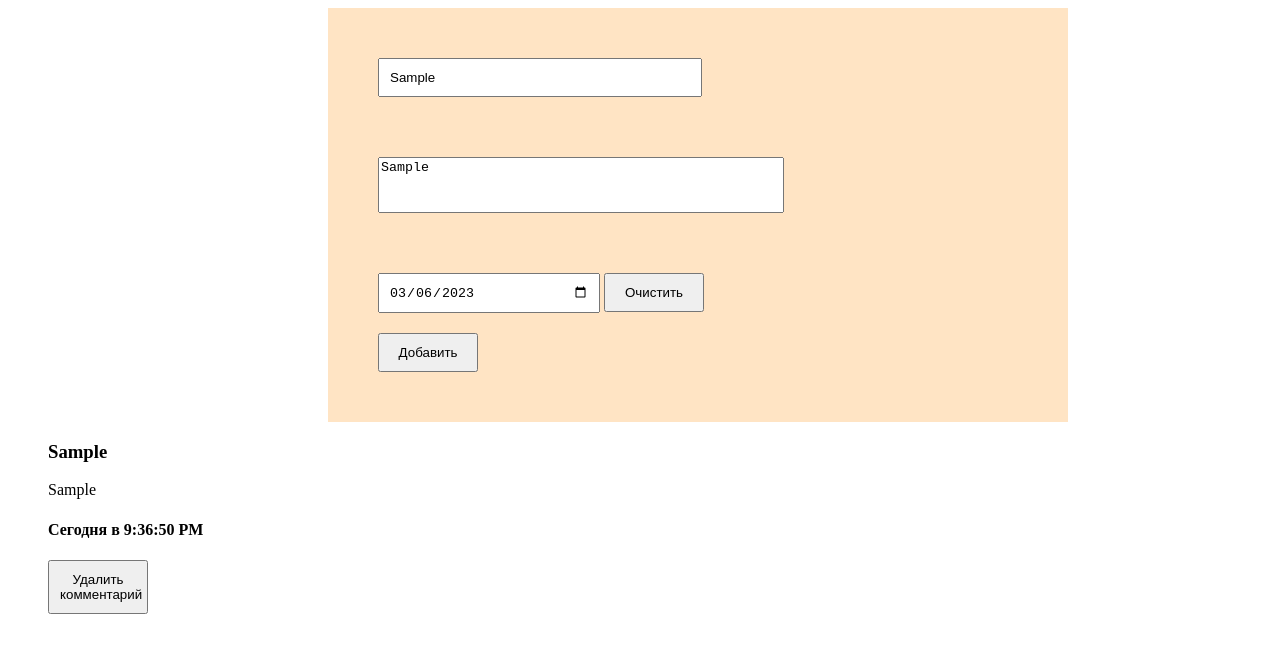
Repository: Grid-Master/commentList
Page: index.html
These files come from the project's save history. The page is drawn as it stood at one moment and after the next save; the edit follows.
The browser window is 1280 px wide. The pictures show the whole page.
Empty fields were first filled with sample values (such as "Sample", 5 or name@example.com).
After loading, the first visible `form` was submitted once.

Above is the page before, as saved 2023-03-12 20:39:41.

### index.html
<!DOCTYPE html>
<html lang="en">
  <head>
    <meta charset="UTF-8" />
    <meta http-equiv="X-UA-Compatible" content="IE=edge" />
    <meta name="viewport" content="width=device-width, initial-scale=1.0" />
    <title>Comments</title>
    <style>
      form {
        width: 50vw;
        margin-left: 25vw;
        background-color: bisque;
        display: flex;
        flex-direction: column;
        padding: 50px;
      }

      input[type='text'] {
        width: 300px;
        padding: 10px;
        margin-bottom: 20px;
      }
      textarea {
        width: 400px;
        height: 50px;
        resize: none;
        margin-bottom: 20px;
      }

      input[type='date'] {
        width: 200px;
        padding: 9px;
        margin-bottom: 20px;
      }

      button {
        width: 100px;
        padding: 10px;
      }
    </style>
  </head>
  <body>
    <form onsubmit="addComment(); return false">
      <input id="name" type="text" placeholder="Введите имя" required />
      <h2 id="nameReq"></h2>
      <textarea id="comment" placeholder="Ваш комментарий..." required></textarea>
      <h2 id="commentReq"></h2>
      <div>
        <input type="date" id="date" />
        <button type="button" onclick="clearDate()">Очистить</button>
      </div>
      <button type="submit">Добавить</button>
    </form>
    <ul id="commentList"></ul>
    <script src="./script.js"></script>
  </body>
</html>

### script.js
let nameReq = document.getElementById('nameReq');
document.getElementById('date').valueAsDate = new Date();
// let x = new Date(Date.now() - 86400000);
// console.log(x.toLocaleDateString());

function clearDate() {
  document.getElementById('date').valueAsDate = null;
}

// nameReq.addEventListener('change', () => {
//     if(nameReq.value == '') {

//     }
// })

function addComment() {
  let name = document.getElementById('name').value;
  let comment = document.getElementById('comment').value;
  let date = document.getElementById('date').valueAsDate;
  let list = document.getElementById('commentList');
  console.log(date);

  let nameEl = document.createElement('h3');
  let commentEl = document.createElement('p');
  let dateEl = document.createElement('h4');
  let deleteEl = document.createElement('button');
  let container = document.createElement('div');

  nameEl.innerHTML = name;
  commentEl.innerHTML = comment;
  deleteEl.textContent = 'Удалить комментарий';

  deleteEl.addEventListener('click', () => {
    deleteEl.parentElement.remove();
  });

  if (date.toLocaleDateString() == new Date().toLocaleDateString()) {
    dateEl.innerHTML = `Сегодня в ${new Date().toLocaleTimeString()}`;
    container.append(nameEl, commentEl, dateEl, deleteEl);
  } else if (date.toLocaleDateString() == new Date(Date.now() - 86400000).toLocaleDateString()) {
    dateEl.innerHTML = `Вчера в ${new Date().toLocaleTimeString()}`;
    container.append(nameEl, commentEl, dateEl, deleteEl);
  } else {
    dateEl.innerHTML = `${date.toLocaleDateString()} в ${new Date().toLocaleTimeString()}`;
    container.append(nameEl, commentEl, dateEl, deleteEl);
  }
  list.append(container);
  //   list.append(listElem);

  //   commentsData.push({
  //     name,
  //     comment,
  //     date,
  //   });
  //  console.log(commentsData);
}

After the next save:
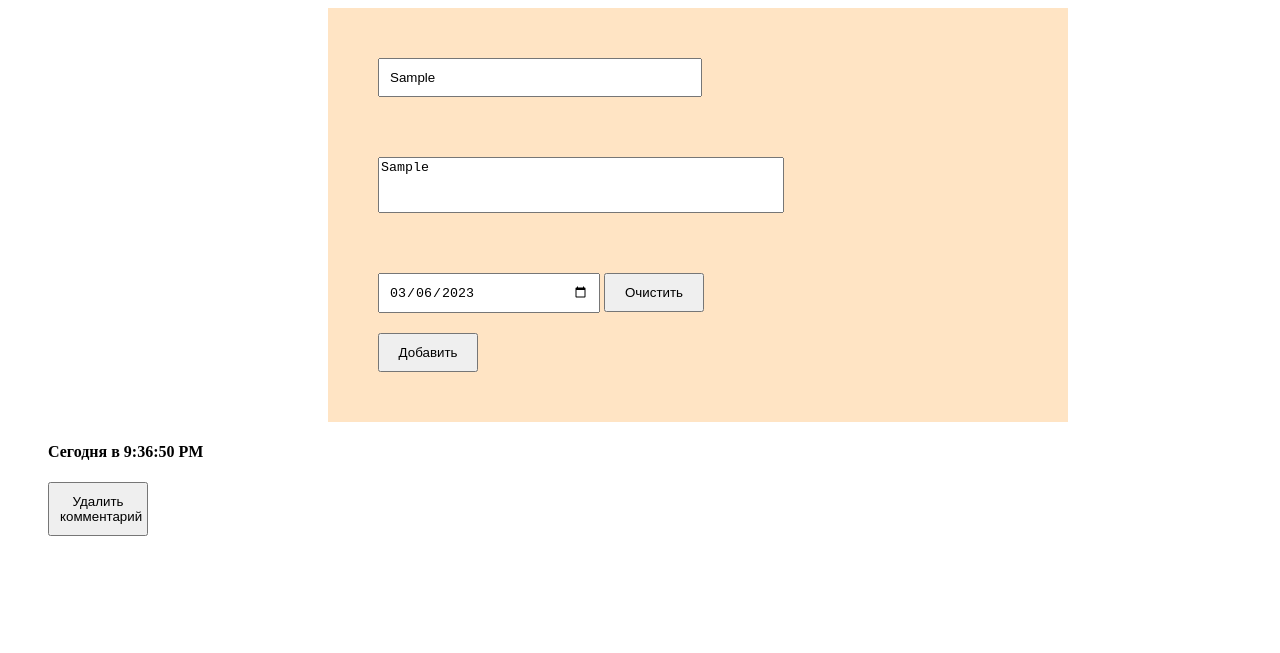
Saved 63 s later.
--- a/script.js
+++ b/script.js
@@ -13,9 +13,10 @@ function clearDate() {
 //     }
 // })
 
+let name = document.getElementById('name').value;
+let comment = document.getElementById('comment').value;
+
 function addComment() {
-  let name = document.getElementById('name').value;
-  let comment = document.getElementById('comment').value;
   let date = document.getElementById('date').valueAsDate;
   let list = document.getElementById('commentList');
   console.log(date);
